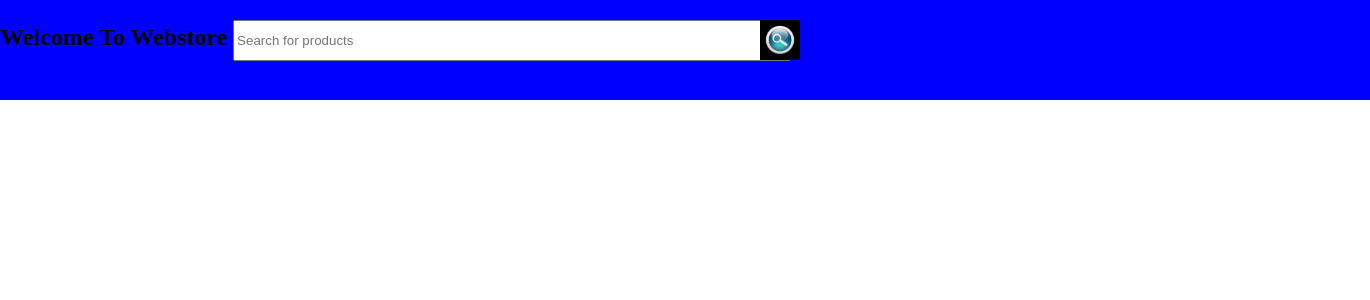
Repository: sourogithub/Final-yr-project-using-j2ee
Page: http://localhost/Webstore/JSP Pages/Front.jsp
These files come from the project's save history. The page is drawn as it stood at one moment and after the next save; the edit follows.
The browser window is 1280 px wide. The page is 1370 px wide, so the pictures cover 1370 px, including what lies to the right of the window. The pictures show the whole page.
The page is served by Tomcat 9.

Above is the page before, as saved 2017-04-11 08:59:56.

### Webstore/WebContent/JSP Pages/Front.jsp
<%@ page language="java" contentType="text/html; charset=ISO-8859-1"
    pageEncoding="ISO-8859-1"%>
<!DOCTYPE html PUBLIC "-//W3C//DTD HTML 4.01 Transitional//EN" "http://www.w3.org/TR/html4/loose.dtd">
<html>
<head>
<meta http-equiv="Content-Type" content="text/html; charset=ISO-8859-1">
<title>Insert title here</title>
</head>
<body style="margin:0">
<div id="top"  style="background:blue; height:100px;position:absolute;top:0px;width:1370px;">
<h2>Welcome To Webstore
<input type="text" placeholder="Search for products" required style="border-width:2;width:550px;height:35px">
<a><img src="../images/search-images-17.jpg" height="40px" width="40px" style="position:absolute;right:570px"></a>
</h2>
</div>
</body>
</html>

After the next save:
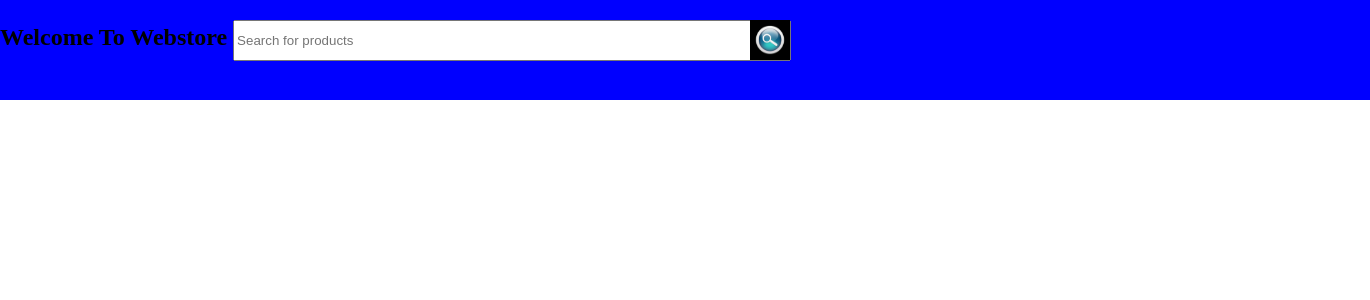
Saved 7 s later.
--- a/Webstore/WebContent/JSP Pages/Front.jsp
+++ b/Webstore/WebContent/JSP Pages/Front.jsp
@@ -10,7 +10,7 @@
 <div id="top"  style="background:blue; height:100px;position:absolute;top:0px;width:1370px;">
 <h2>Welcome To Webstore
 <input type="text" placeholder="Search for products" required style="border-width:2;width:550px;height:35px">
-<a><img src="../images/search-images-17.jpg" height="40px" width="40px" style="position:absolute;right:570px"></a>
+<a><img src="../images/search-images-17.jpg" height="40px" width="40px" style="position:absolute;right:580px"></a>
 </h2>
 </div>
 </body>
